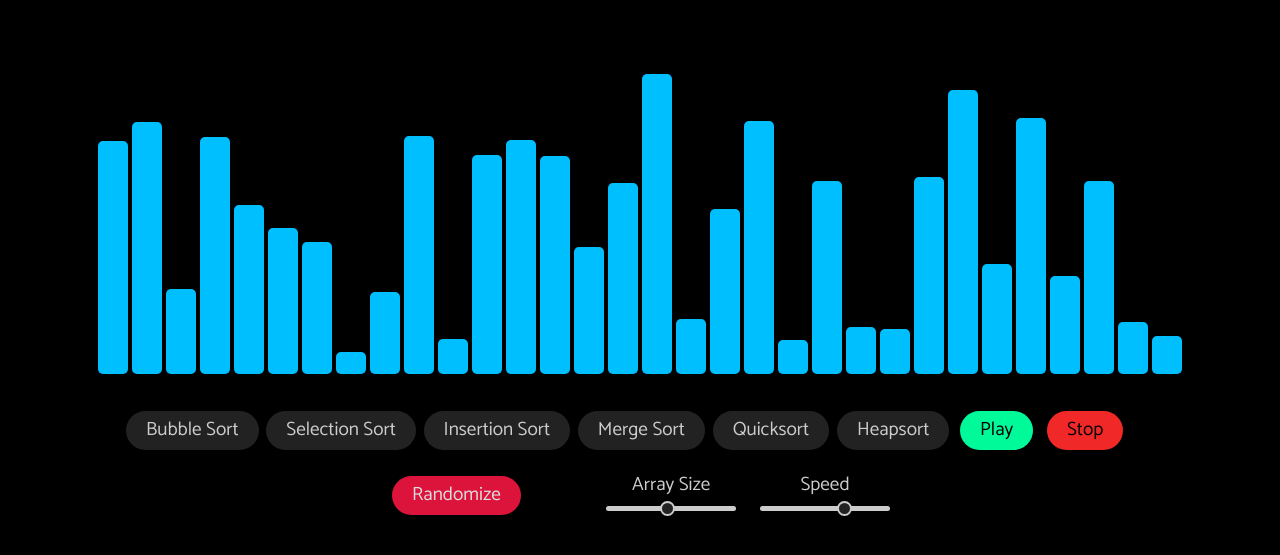
Repository: sneha1010/Sorting-visualizer
Page: index.html
An editor plug-in stored every save of this project. The page is shown before and after the next save, followed by the edit.
The browser window is 1280 px wide. The pictures show the whole page.

Above is the page before, as saved 2022-06-14 16:59:20.

### index.html
<!DOCTYPE html>
<html lang="en">
<head>
    <meta charset="utf-8">
    <meta name="viewport" content="width=device-width, initial-scale=1, shrink-to-fit=no">

    <link rel="stylesheet" href="https://stackpath.bootstrapcdn.com/bootstrap/4.5.2/css/bootstrap.min.css" integrity="sha384-JcKb8q3iqJ61gNV9KGb8thSsNjpSL0n8PARn9HuZOnIxN0hoP+VmmDGMN5t9UJ0Z" crossorigin="anonymous">
    <link href="https://fonts.googleapis.com/css2?family=Catamaran:wght@100;200;300;400;500;600;700;800;900&display=swap" rel="stylesheet">
    <link rel="stylesheet" href="assets/style.css">
    <link rel="shortcut icon" href="assets/favicon.ico" type="image/x-icon">

    <title>Sorting Visualizer</title>
</head>
<body>
    <div class="container">
        <div id="array-container">
            <div id="array"></div>
            <h5 id="no-algo-warning" class="display-none">No Algorithm Selected!</h5>
        </div>
        <div id="algo-container">
            <button class="algo-btn">Bubble Sort</button>
            <button class="algo-btn">Selection Sort</button>
            <button class="algo-btn">Insertion Sort</button>
            <button class="algo-btn">Merge Sort</button>
            <button class="algo-btn">Quicksort</button>
            <button class="algo-btn">Heapsort</button>
            <button id="sort">Play</button>
            <button id="stop">Stop</button>
        </div>
        <div id="change-container">
            <button id="randomize">Randomize</button>
            <div id="sliders">
                <div class="slider-container">
                    <label>Array Size</label>
                    <input type="range" id="size-slider" class="slider" autocomplete="off">
                </div>
                <div class="slider-container">
                    <label>Speed</label>
                    <input type="range" id="speed-slider" class="slider" autocomplete="off">
                </div>
            </div>
        </div>
    </div>

    <script src="https://code.jquery.com/jquery-3.4.1.slim.min.js" integrity="sha384-J6qa4849blE2+poT4WnyKhv5vZF5SrPo0iEjwBvKU7imGFAV0wwj1yYfoRSJoZ+n" crossorigin="anonymous"></script>
    <script src="assets/script.js"></script>
    <script src="assets/bubble-sort.js"></script>
    <script src="assets/selection-sort.js"></script>
    <script src="assets/insertion-sort.js"></script>
    <script src="assets/merge-sort.js"></script>
    <script src="assets/quicksort.js"></script>
    <script src="assets/heapsort.js"></script>
</body>
</html>

<!--
    1. pause button
    2. reset button
    3. upper limit-lower limit
    4. ui

 -->

### assets/style.css
*:focus, button:focus {
    outline: none;
}

body {
    background-color: black;
    font-family: "Catamaran", sans-serif;
    color: #ccc;
}

.display-none {
    display: none;
}

.display-flex {
    display: flex;
}

#array-container {
    height: 350px;
    margin-top: 3em;
    display: flex;
    flex-direction: column-reverse;
    position: relative;
}

#array {
    margin: 1em auto;
}

.element {
    display: inline-block;
    border-radius: 5px;
}

#no-algo-warning {
    position: absolute;
    justify-content: center;
    align-items: center;
    top: 0;
    bottom: 0;
    left: 0;
    right: 0;
    margin: auto;
    width: 250px;
    height: 50px;
    text-align: center;
    background-color: rgba(0, 0, 0, 0.8);
    border: 1px solid #ccc;
    border-radius: 5px;
}

#algo-container {
    max-width: 1032px;
    margin: 0.5em auto;
}

.algo-btn, #sort, #stop,#randomize {
    background-color: #222;
    margin: 5px 2px;
    padding: 5px 20px;
    color: #ccc;
    font-size: 1.2em;
    border: none;
    border-radius: 50px;
}

.algo-btn:hover, .algo-btn-active {
    background-color: #ccc;
    color: #222;
}

#sort {
    /* float: right; */
    width: fit-content;
    margin: 5px;
    background-color: mediumspringgreen;
    color: black;
}

#sort:hover, #randomize:hover {
    opacity: 0.8;
}

#sort:disabled, #randomize:disabled {
    opacity: 0.5;
    cursor: not-allowed;
}
#stop {
    /* float: right; */
    margin: 5px;
    background-color: rgb(241, 40, 40);
    color: black;
}
#stop:hover, #randomize:hover {
    opacity: 0.8;
}

#stop:disabled, #randomize:disabled {
    opacity: 0.5;
    cursor: not-allowed;
}
#change-container {
    max-width: 500px;
    margin: 1em auto;
}

#randomize, .slider-container {
    vertical-align: middle;
}

#randomize {
    background-color: crimson;
    color: #ddd;
}

#sliders {
    float: right;
}

.slider-container {
    display: inline-block;
    margin-left: 20px;
}

.slider-container label {
    display: block;
    margin: 0;
    text-align: center;
    font-size: 1.2em;
}

.slider {
    -webkit-appearance: none;
    width: 130px;
    height: 15px;
    background-color: transparent;
}

.slider::-webkit-slider-runnable-track {
    -webkit-appearance: none;
    height: 5px;
    background-color: #ccc;
    border-radius: 5px;
    cursor: pointer;
}

.slider::-moz-range-track {
    height: 5px;
    background-color: #ccc;
    border-radius: 5px;
    cursor: pointer;
}

.slider::-moz-range-progress {
    height: 5px;
    background-color: #777;
    border-radius: 5px;
    cursor: pointer;
}

.slider::-webkit-slider-thumb {
    -webkit-appearance: none;
    background-color: #222;
    border: 2px solid #ccc;
    width: 15px;
    height: 15px;
    border-radius: 15px;
    margin-top: -5px;
}

.slider::-moz-range-thumb {
    background-color: #222;
    border: 2px solid #ccc;
    width: 13px;
    height: 13px;
    border-radius: 13px;
    cursor: pointer;
}

.slider:disabled {
    opacity: 0.5;
}

.slider:disabled::-webkit-slider-runnable-track {
    cursor: not-allowed;
}

.slider:disabled::-moz-range-track {
    cursor: not-allowed;
}

.slider:disabled::-moz-range-progress {
    cursor: not-allowed;
}

.slider:disabled::-moz-range-thumb {
    cursor: not-allowed;
}

### assets/script.js
const MIN_SIZE = 4;
const MAX_SIZE = 64;
const DEFAULT_SIZE = 32;

const MIN_SPEED = 1;
const MAX_SPEED = 4;
const DEFAULT_SPEED = 3;

const MIN = 20;
const MAX = 300;

const WAITING_TIME = 100;

const UNSORTED = 'deepskyblue';
const SORTED = 'mediumspringgreen';
const COMPARE = 'crimson';
const SELECTED = 'blueviolet';
const LEFT = 'gold';
const RIGHT = 'orangered';

var size;
var delay;

var arr = [];

var array_container_width;
var element_width;
var element_width_max;
var margin_element;

var algo_selected;
var run=false;
var first=true;
var halt =false;
function updateValues() {
    array_container_width = Math.floor( $("#array-container").width() );
    element_width_max = Math.floor(array_container_width / 20);

    margin_element = 2;
    if( parseInt( $(window).width() ) < 1200 )
        margin_element = 1;
}

function findElementWidth() {
    element_width = Math.floor(array_container_width / size);
    element_width -= 2 * margin_element;

    if(element_width > element_width_max)
        element_width = element_width_max;
}

function createArray() {
    arr = [];
    $("#array").html('');

    for(var i = 0; i < size; i++) {
        var n = Math.floor( Math.random() * (MAX - MIN + 1) ) + MIN;
        arr.push(n);

        var $element = $('<div>');
        $element.attr('id', "e" + i);
        $element.attr('class', "element");
        $element.css('background-color', UNSORTED);
        $element.css('width', element_width.toString() + 'px');
        $element.css('height', n.toString() + 'px');
        $element.css('margin-left', margin_element + 'px');
        $element.css('margin-right', margin_element + 'px');
        $element.appendTo("#array");
    }
}

function setHeight(id, height) {
    $("#e" + id).css('height', height);
}

function setColor(id, color) {
    $("#e" + id).css('background-color', color);
}

function setColorRange(p, r, color) {
    for(var i = p; i <= r; i++)
        $("#e" + i).css('background-color', color);
}
function pauseHandler()
{
    const pause = document.getElementById("sort");
    run = run === true ? false : true;
    pause.textContent = run === true ? "Pause" : "Play";
}
async function pauseButton() {
    while (run == false) await sleep(1);
    return;
  }
function swap(a, b) {
    var temp = arr[a];
    arr[a] = arr[b];
    arr[b] = temp;

    var h1 = $("#e" + a).css('height');
    var h2 = $("#e" + b).css('height');

    setHeight(a, h2);
    setHeight(b, h1);
}

function disableOthers() {
    // $("#sort").prop('disabled', true);
    $("#randomize").prop('disabled', true);
    $("#size-slider").prop('disabled', true);
}

function enableOthers() {
    $("#sort").prop('disabled', false);
    $("#randomize").prop('disabled', false);
    $("#size-slider").prop('disabled', false);
}

function sleep(ms) {
    return new Promise(resolve => setTimeout(resolve, ms));
}

$(document).ready(function() {
    $("#size-slider").attr('min', MIN_SIZE);
    $("#size-slider").attr('max', MAX_SIZE);
    $("#size-slider").attr('value', DEFAULT_SIZE);

    $("#speed-slider").attr('min', MIN_SPEED);
    $("#speed-slider").attr('max', MAX_SPEED);
    $("#speed-slider").attr('value', DEFAULT_SPEED);

    size = DEFAULT_SIZE;
    delay = WAITING_TIME * Math.pow(2, MAX_SPEED - DEFAULT_SPEED);

    updateValues();

    findElementWidth();
    createArray();

    $("#randomize").click(
        function() {
            createArray();
        }
    );

    $(".algo-btn").click(
        function() {
            algo_selected = $(this).html();

            $(".algo-btn-active").removeClass('algo-btn-active');
            $(this).addClass('algo-btn-active');

            $("#no-algo-warning").removeClass('display-flex');
            $("#no-algo-warning").addClass('display-none');
        }
    );

    $("#sort").click(
        async function() {
            if(first){
                first=false;
                pauseHandler();

            disableOthers();

            setColorRange(0, size - 1, UNSORTED);

            if(algo_selected == "Bubble Sort"&&run)
                await bubbleSort();
            else if(algo_selected == "Selection Sort")
                await selectionSort();
            else if(algo_selected == "Insertion Sort")
                await insertionSort();
            else  if(algo_selected == "Merge Sort")
                await mergeSort(0, size - 1);
            else if(algo_selected == "Quicksort")
                await quicksort(0, size - 1);
            else if(algo_selected == "Heapsort")
                await heapsort();
            else {
                $("#no-algo-warning").removeClass('display-none');
                $("#no-algo-warning").addClass('display-flex');
            }

            enableOthers();
        }
        else
        pauseHandler();
        }
    );

    $("#stop").click(
       function() {
      halt=true;
        }
    );





// pause.addEventListener("click", () => {
//   run = run === true ? false : true;
//   pause.textContent = run === true ? "Pause" : "Play";
// });
    $("#size-slider").on('input', function() {
        size = $(this).val();

        findElementWidth();
        createArray();
    });

    $("#speed-slider").on('input', function() {
        delay = WAITING_TIME * Math.pow(2, MAX_SPEED - $(this).val());
    });

    $(window).resize(function() {
        if(array_container_width != Math.floor( $("#array-container").width() )) {
            updateValues();

            findElementWidth();

            for(var i = 0; i < size; i++) {
                $("#e" + i).css('width', element_width.toString() + 'px');
                $("#e" + i).css('margin-left', margin_element + 'px');
                $("#e" + i).css('margin-right', margin_element + 'px');
            }
        }
    });
});

### assets/bubble-sort.js
async function bubbleSort() {
    var i, j;
    await sleep(delay);
     halt=false;
    for(i = 0; i < size - 1; i++) {
        for(j = 0; j < size - i - 1; j++) {
            await sleep(delay);

            setColor(j, COMPARE);
            setColor(j + 1, COMPARE);
            await sleep(delay);

            if(arr[j] > arr[j + 1]) {
                swap(j, j + 1);
                await sleep(delay);
            }
            if(halt)
            break;
            while(run==false)
            await sleep(1);
            setColor(j, UNSORTED);
            setColor(j + 1, UNSORTED);
        }
       if(halt){
        setColorRange(0, size - 1, UNSORTED);
        break;
       }

        await sleep(delay);

        setColor(j, SORTED);
    }
     if(halt==false){
    setColor(0, SORTED);

     }
     halt=0;
}

### assets/insertion-sort.js
async function insertionSort() {
    var i, j, key;
    await sleep(delay);

    setColor(0, SELECTED);
    await sleep(delay);

    setColor(0, SORTED);

    for(i = 1; i < size; i++) {
        await sleep(delay);
        if(run==false)
        await pauseButton();
        setColor(i, SELECTED);
        await sleep(delay);

        j = i - 1;
        key = arr[i];

        while(j >= 0 && arr[j] > key) {
            if(run==false)
            await pauseButton();
            setColor(j, COMPARE);
            await sleep(delay);
            if(run==false)
            await pauseButton();
            swap(j, j + 1);
            if(run==false)
            await pauseButton();
            setColor(j, SELECTED);
            setColor(j + 1, COMPARE);
            await sleep(delay);
            if(run==false)
            await pauseButton();
            setColor(j + 1, SORTED);
            await sleep(delay);

            j--;
        }

        setColor(j + 1, SORTED);
    }
}

Loaded but not shown: assets/heapsort.js (no copy from this time; the picture is the same without it); assets/merge-sort.js (no copy from this time; the picture is the same without it); assets/quicksort.js (no copy from this time; the picture is the same without it); assets/selection-sort.js (no copy from this time; the picture is the same without it)

After the next save:
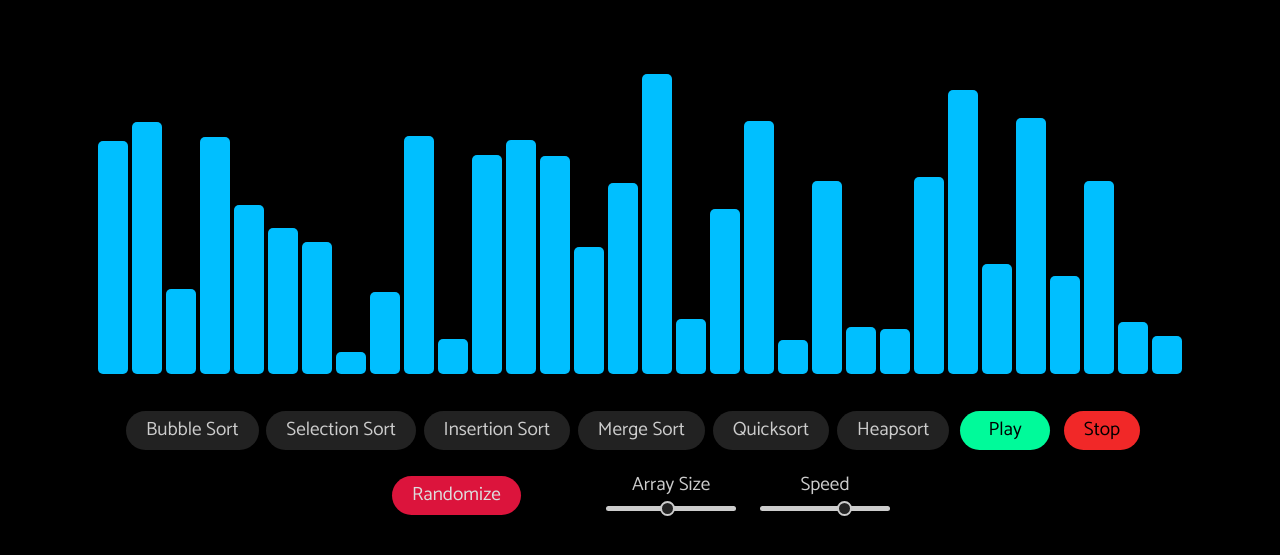
Saved 40 s later.
--- a/assets/style.css
+++ b/assets/style.css
@@ -72,7 +72,7 @@
 
 #sort {
     /* float: right; */
-    width: fit-content;
+    width: 90px;
     margin: 5px;
     background-color: mediumspringgreen;
     color: black;
